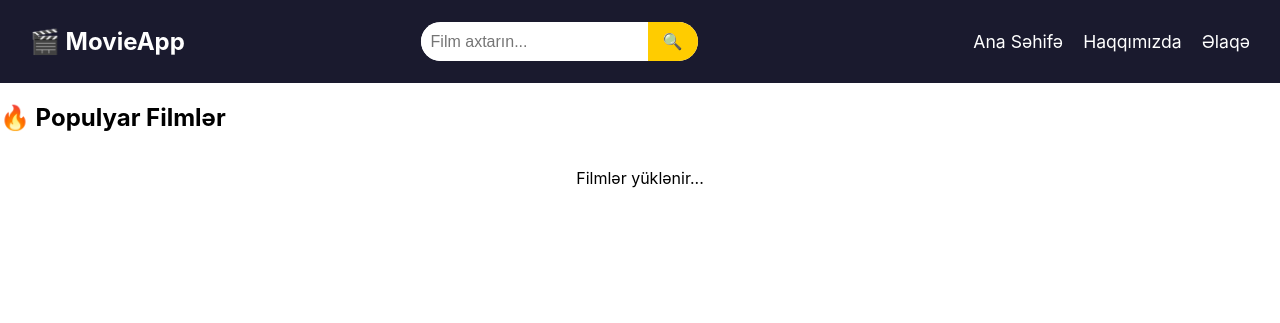
Repository: Zulfiyya077/InternIntelligence_MovieWebsite
Page: /
These files come from the project's save history. The page is drawn as it stood at one moment and after the next save; the edit follows.
The browser window is 1280 px wide. The pictures show the whole page.
The page's requests for data from a server got no answer. The project was rebuilt for these pictures with package versions that can differ from the ones it lists, and the page was loaded fresh each time. No one was signed in, and anything a server would have sent is missing. Also part of the build but not shown: vite.config.js, src/components/MovieCard.module.css, src/components/MovieCard.jsx, src/pages/MovieDetailsPage.module.css, src/pages/MovieDetailsPage.jsx, src/pages/SearchResultsPage.module.css, src/pages/SearchResultsPage.jsx, src/pages/About.module.css and 4 more.

Above is the page before, as saved 2025-02-24 01:05:14.

### src/App.jsx
import React from 'react';
import { BrowserRouter as Router, Routes, Route } from 'react-router-dom';
import Home from './pages/Home';
import MovieDetailsPage from './pages/MovieDetailsPage';
import SearchResultsPage from './pages/SearchResultsPage';
import About from './pages/About';
import Contact from './pages/Contact';
import Navbar from './components/Navbar';
import styles from './App.module.css';

const App = () => {
    return (
        <Router>
            <div className={styles.app}>
                <Navbar />
                <Routes>
                    <Route path="/" element={<Home />} />
                    <Route path="/movie/:id" element={<MovieDetailsPage />} />
                    <Route path="/search/:query" element={<SearchResultsPage />} />
                    <Route path="/about" element={<About />} />
                    <Route path="/contact" element={<Contact />} />
                </Routes>
            </div>
        </Router>
    );
};

export default App;

### src/pages/Home.jsx
import React, { useState, useEffect } from 'react';
import { getPopularMovies } from '../services/MovieService';
import MovieCard from '../components/MovieCard';
import styles from './Home.module.css';

const Home = () => {
    const [movies, setMovies] = useState([]);

    useEffect(() => {
        const fetchMovies = async () => {
            const data = await getPopularMovies();
            setMovies(data.results);
        };

        fetchMovies();
    }, []);

    return (
        <div className={styles.home}>
            <h2>🔥 Populyar Filmlər</h2>
            <div className={styles.movieList}>
                {movies.length > 0 ? (
                    movies.map((movie) => <MovieCard key={movie.id} movie={movie} />)
                ) : (
                    <p>Filmlər yüklənir...</p>
                )}
            </div>
        </div>
    );
};

export default Home;

### src/components/Navbar.jsx
import React from 'react';
import { Link } from 'react-router-dom';
import SearchBar from './SearchBar';
import styles from './Navbar.module.css';

const Navbar = () => {
    return (
        <nav className={styles.navbar}>
            <div className={styles.logo}>
                <Link to="/">🎬 MovieApp</Link>
            </div>
            <SearchBar />
            <ul className={styles.navLinks}>
                <li><Link to="/">Ana Səhifə</Link></li>
                <li><Link to="/about">Haqqımızda</Link></li>
                <li><Link to="/contact">Əlaqə</Link></li>
            </ul>
        </nav>
    );
};

export default Navbar;

### src/services/MovieService.jsx
import axios from 'axios';

const API_KEY = '347d82ea465848c0e545ed15f4366554'; // Buraya TMDB API açarını əlavə et
const BASE_URL = 'https://api.themoviedb.org/3';

// Axios instance yaradılır
const api = axios.create({
    baseURL: BASE_URL,
    params: {
        api_key: API_KEY,
        language: 'en-US',
    },
});

// Populyar filmləri gətirən funksiya
export const getPopularMovies = async () => {
    try {
        const response = await api.get('/movie/popular');
        return response.data;
    } catch (error) {
        console.error('Populyar filmlər yüklənərkən xəta baş verdi:', error);
        return { results: [] };
    }
};

// Axtarış funksiyası
export const searchMovies = async (query) => {
    try {
        const response = await api.get('/search/movie', {
            params: { query },
        });
        return response.data;
    } catch (error) {
        console.error('Film axtarışı zamanı xəta baş verdi:', error);
        return { results: [] };
    }
};

// Film detallarını gətirən funksiya
export const getMovieDetails = async (movieId) => {
    try {
        const response = await api.get(`/movie/${movieId}`);
        return response.data;
    } catch (error) {
        console.error('Film detalları yüklənərkən xəta baş verdi:', error);
        return null;
    }
};

### src/pages/Home.module.css
/* src/pages/Home.module.css */
.movieList {
    display: flex;
    flex-wrap: wrap;
    justify-content: space-around;
}

### src/components/SearchBar.jsx
import React, { useState } from 'react';
import { useNavigate } from 'react-router-dom';
import styles from './SearchBar.module.css';

const SearchBar = () => {
    const [query, setQuery] = useState('');
    const navigate = useNavigate();

    const handleSearch = (e) => {
        e.preventDefault();
        if (query.trim()) {
            navigate(`/search/${query}`);
            setQuery('');
        }
    };

    return (
        <form onSubmit={handleSearch} className={styles.searchBar}>
            <input
                type="text"
                placeholder="Film axtarın..."
                value={query}
                onChange={(e) => setQuery(e.target.value)}
            />
            <button type="submit">🔍</button>
        </form>
    );
};

export default SearchBar;

### src/components/Navbar.module.css
.navbar {
    display: flex;
    align-items: center;
    justify-content: space-between;
    background-color: #1a1a2e;
    padding: 15px 30px;
    color: white;
}

.logo a {
    font-size: 1.5rem;
    color: white;
    text-decoration: none;
    font-weight: bold;
}

.navLinks {
    list-style: none;
    display: flex;
    gap: 20px;
}

.navLinks li a {
    color: white;
    text-decoration: none;
    font-size: 1.1rem;
    transition: color 0.3s;
}

.navLinks li a:hover {
    color: #ffcc00;
}

### src/components/SearchBar.module.css
.searchBar {
    display: flex;
    align-items: center;
    background-color: white;
    border-radius: 20px;
    overflow: hidden;
}

.searchBar input {
    border: none;
    padding: 10px;
    outline: none;
    font-size: 1rem;
}

.searchBar button {
    background-color: #ffcc00;
    border: none;
    padding: 10px 15px;
    cursor: pointer;
    font-size: 1rem;
}

.searchBar button:hover {
    background-color: #e6b800;
}

Loaded but not shown: index.html (common file); src/main.jsx (common file); src/index.css (common file)

After the next save:
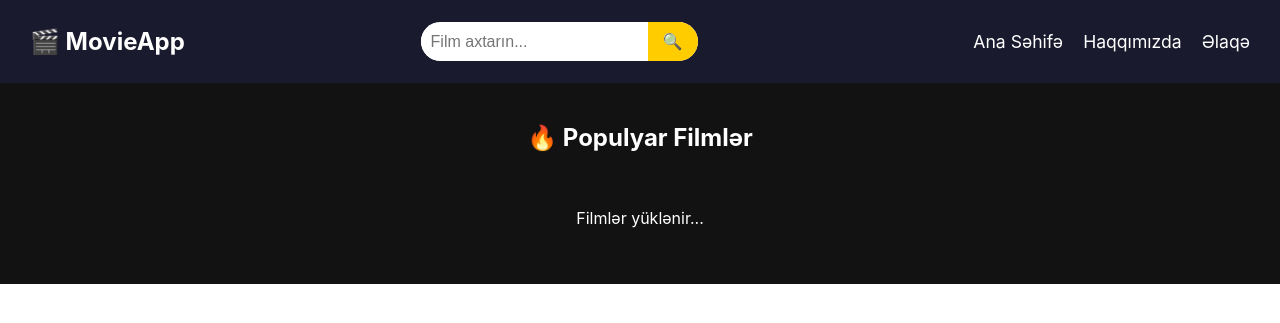
Saved 9 s later.
--- a/src/pages/Home.module.css
+++ b/src/pages/Home.module.css
@@ -1,6 +1,14 @@
-/* src/pages/Home.module.css */
+.home {
+    padding: 20px;
+    text-align: center;
+    background-color: #121212;
+    color: white;
+}
+
 .movieList {
-    display: flex;
-    flex-wrap: wrap;
-    justify-content: space-around;
+    display: grid;
+    grid-template-columns: repeat(auto-fit, minmax(200px, 1fr));
+    gap: 20px;
+    padding: 20px;
+    justify-items: center;
 }
